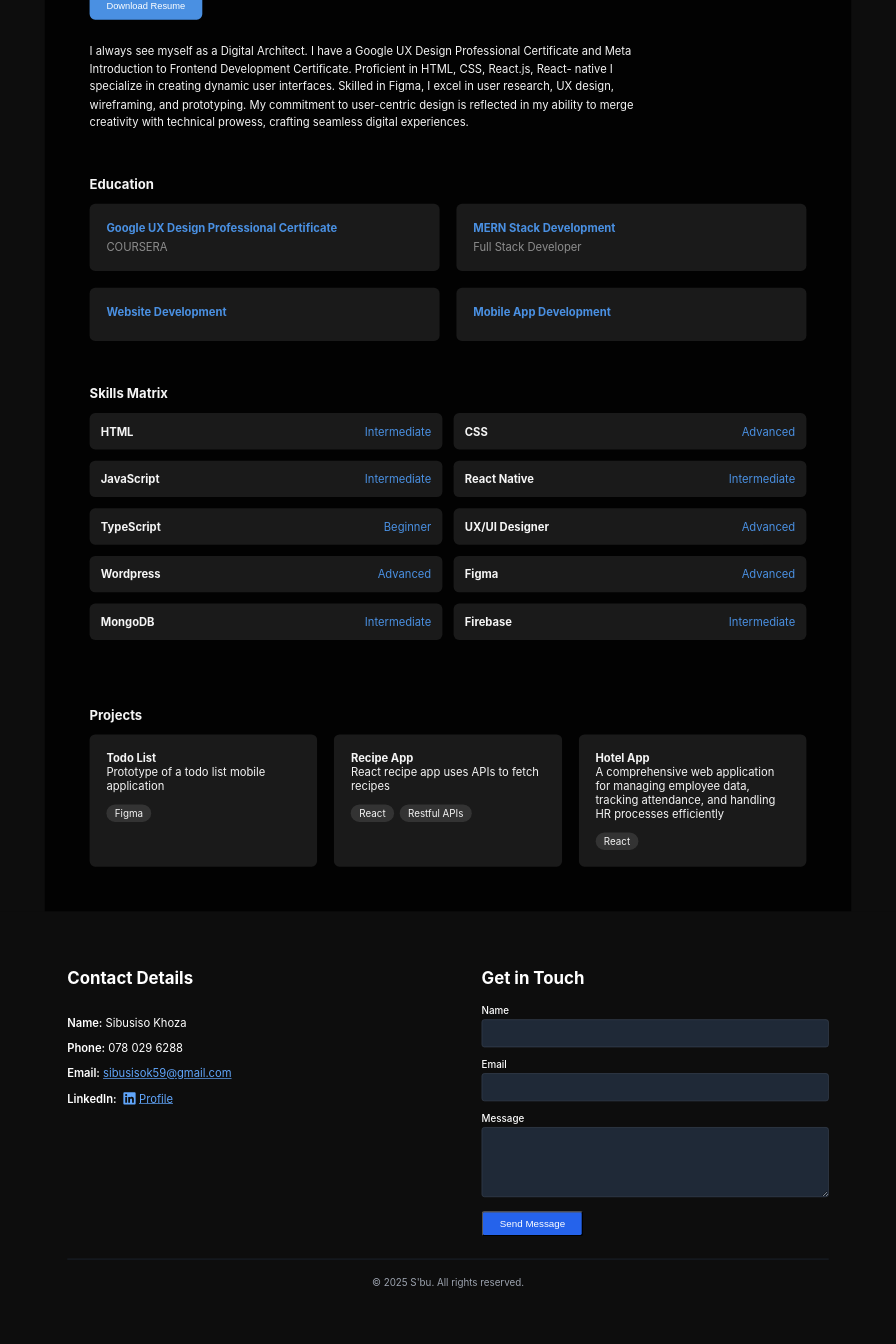
Repository: SbuKhoza/portfolio
Page: /
An editor plug-in stored every save of this project. The page is shown before and after a run of saves, followed by the edit.
The browser window is 1280 px wide. The pictures show the part of the page from y = 653 to 2573 px (the page is 2573 px tall before and 2533 px after), at 70% of full size.
The project was rebuilt for these pictures with package versions that can differ from the ones it lists, and the page was loaded fresh each time. Also part of the build but not shown: src/pages/About.js, src/pages/Portfolio.js. Imported but missing from the stored project, and not drawn on this page: src/assets/SibusisoKhozaResume.pdf.

Above is the page before, as saved 2025-02-06 14:33:04.

After the next 2 saves:
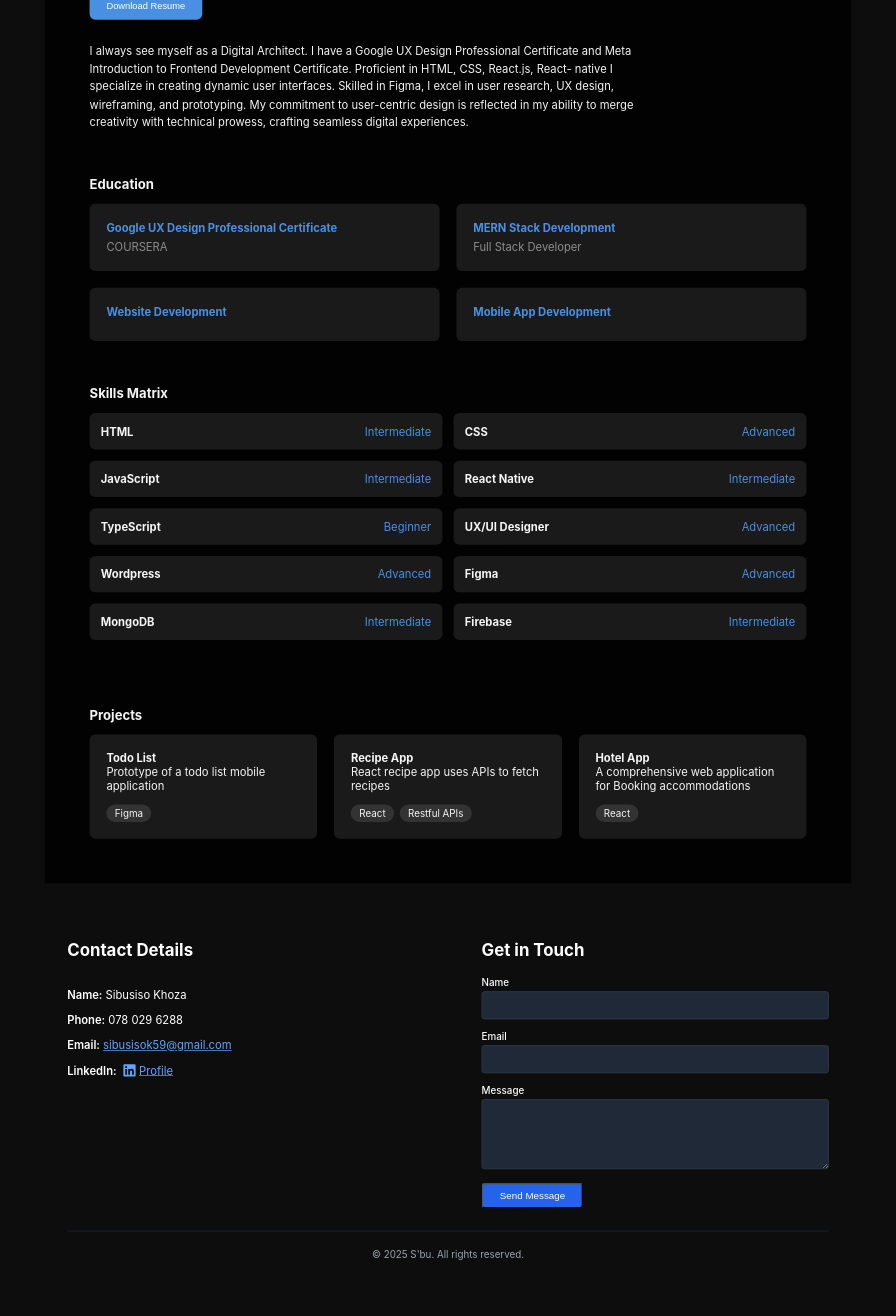
The 2 saves are shown as one change because they came seconds apart.
The last was saved 29 s later.
--- a/src/components/Bodysection.js
+++ b/src/components/Bodysection.js
@@ -131,7 +131,7 @@ function Bodysection() {
               },
               {
                 title: 'Hotel App',
-                description: 'A comprehensive web application for managing employee data, tracking attendance, and handling HR processes efficiently',
+                description: 'A comprehensive web application for Booking accommodations',
                 techStack: ['React']
               }
             ].map((project) => (
